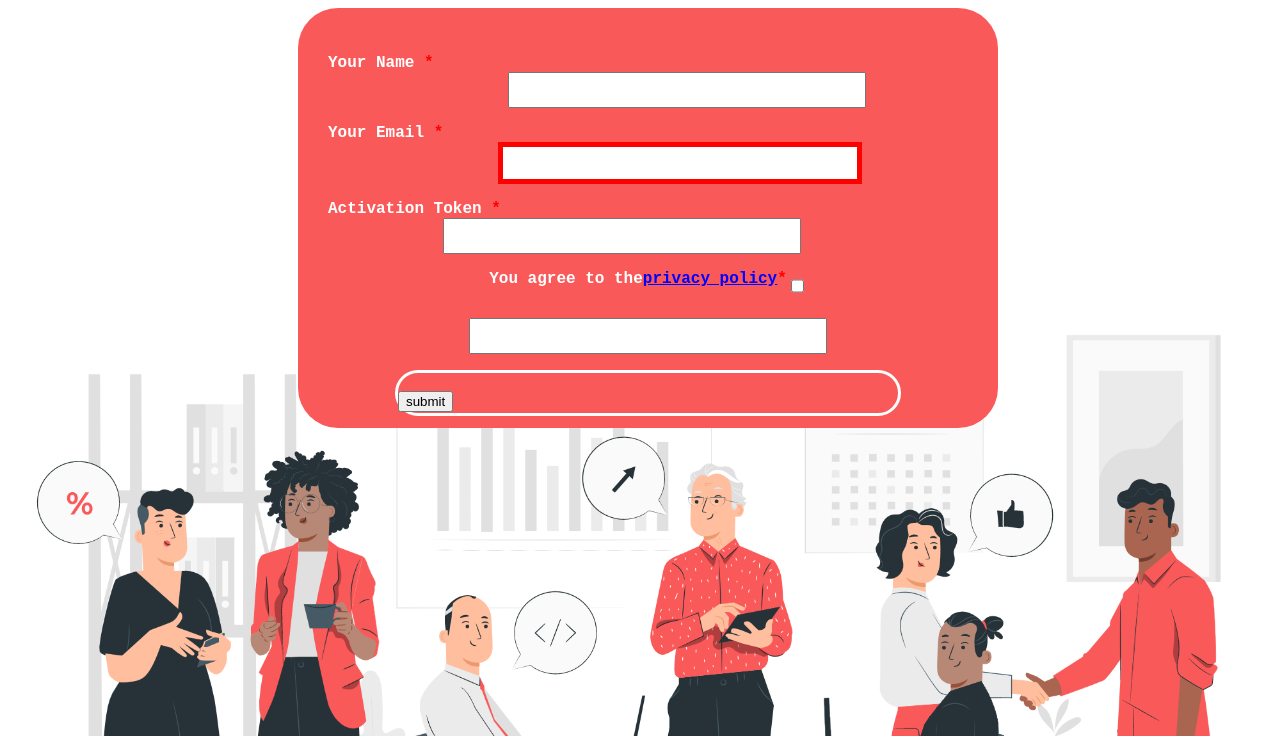
Repository: Rachael4life/Assignment-1
Page: starter-code/src/index.html
These files come from the project's save history. The page is drawn as it stood at one moment and after the next save; the edit follows.
The browser window is 1280 px wide. The page is 1288 px wide, so the pictures cover 1288 px, including what lies to the right of the window. The pictures show the whole page.

Above is the page before, as saved 2022-02-28 06:29:51.

After the next save:
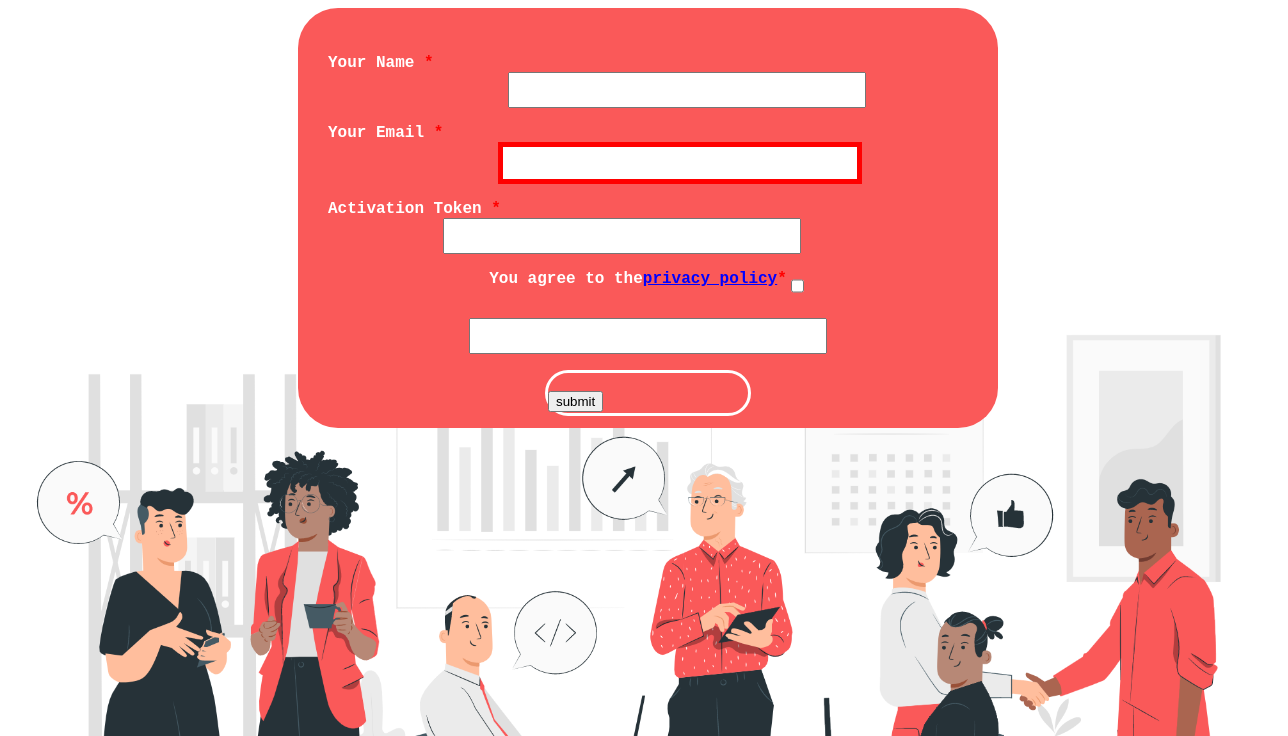
Saved 22 s later.
--- a/starter-code/src/style.css
+++ b/starter-code/src/style.css
@@ -59,7 +59,7 @@ form {
     font-weight: 500, 700;
     font: bolder;
     height: 40px;
-    width: 500px;
+    width: 200px;
 
 
 }
